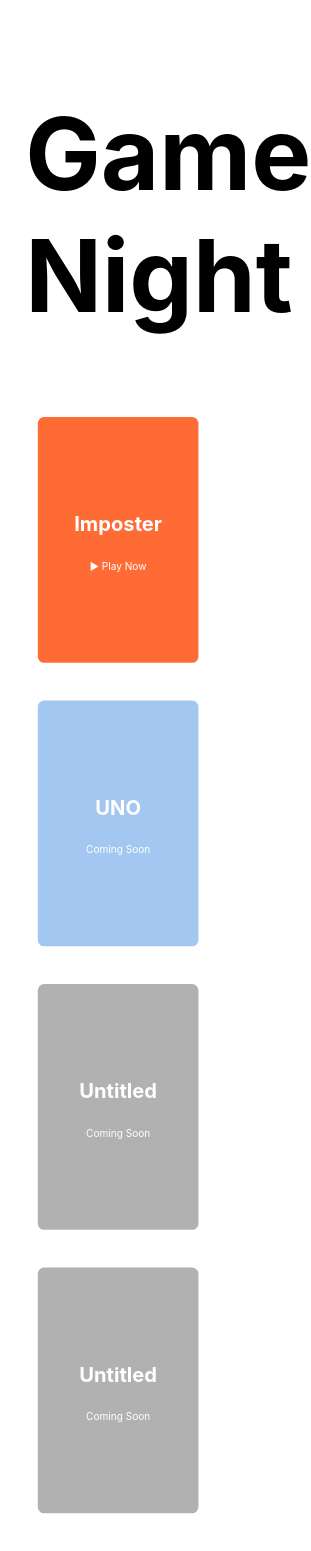
Repository: nfemmanuel/game-night-app
Page: /
An editor plug-in stored every save of this project. The page is shown before and after the next save, followed by the edit.
The browser window is 375 px wide. The page is 494 px wide, so the pictures cover 494 px, including what lies to the right of the window. The pictures show the whole page, at 63% of full size.
The project was rebuilt for these pictures with package versions that can differ from the ones it lists, and the page was loaded fresh each time. Also part of the build but not shown: src/styles/global.css, src/components/HelpButton.jsx, src/components/BackButton.jsx, src/pages/ImposterSetup.jsx, src/data/wordList.js, src/pages/ImposterReveal.jsx, src/pages/ImposterVoting.jsx.

Above is the page before, as saved 2025-12-31 18:04:53.

After the next save:
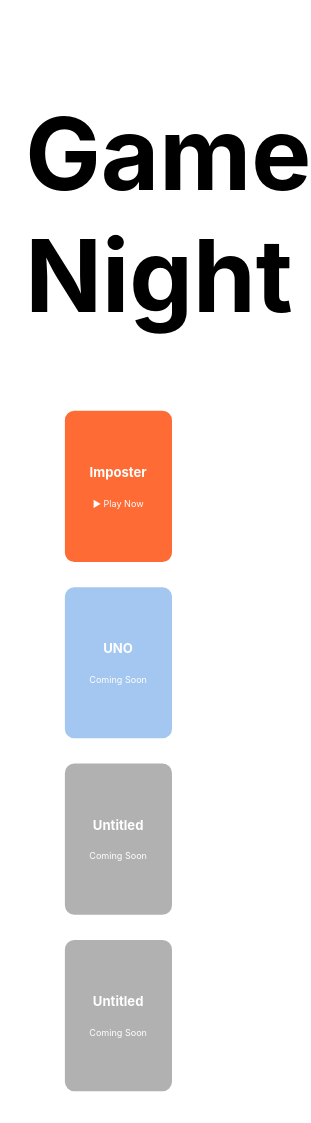
Saved 12 s later.
--- a/src/components/GameCard.module.css
+++ b/src/components/GameCard.module.css
@@ -43,3 +43,32 @@
 .blue:hover {
     box-shadow: 0 0 20px rgba(74, 144, 226, 0.6);
 }
+
+/* Mobile: smaller cards */
+@media (max-width: 768px) {
+    .card {
+        width: 160px;
+        height: 240px;
+        padding: 20px;
+        margin: 8px;
+        border: 6px solid white;
+    }
+}
+
+@media (max-width: 480px) {
+    .card {
+        width: 140px;
+        height: 210px;
+        padding: 15px;
+        margin: 5px;
+        border: 5px solid white;
+    }
+
+    .card h1 {
+        font-size: 1.3rem;
+    }
+
+    .card p {
+        font-size: 0.9rem;
+    }
+}
